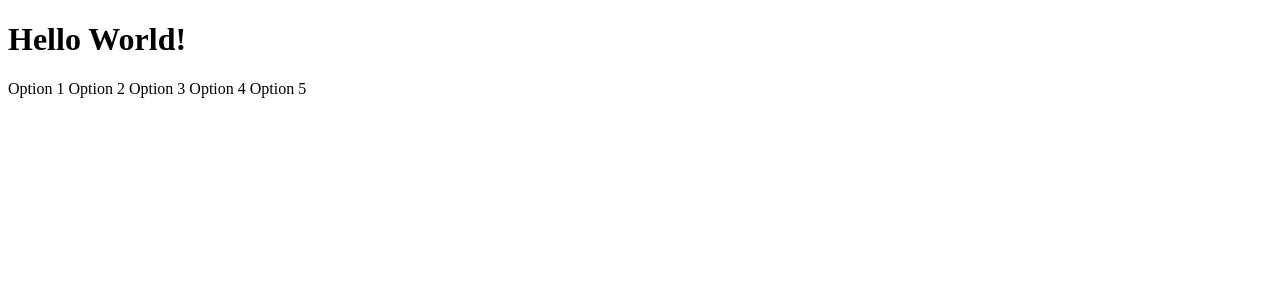
Repository: TimKral5/WikiPage
Page: pages/home.htm
The author's editor kept a copy of each file at every save. The page is drawn from the files as they stood at one save, then again after a run of saves.
The browser window is 1280 px wide. The pictures show the whole page.

Above is the page before, as saved 2022-11-10 19:31:55.

### pages/home.htm
<!DOCTYPE html>
<html lang="en">

<head>
    <meta charset="UTF-8">
    <meta http-equiv="X-UA-Compatible" content="IE=edge">
    <meta name="viewport" content="width=device-width, initial-scale=1.0">
    <title>Test</title>
    <script type="module" src="https://1.www.s81c.com/common/carbon/web-components/tag/v1/latest/tabs.min.js"></script>
</head>

<body>
    <h1>Hello World!</h1>

    <bx-tabs trigger-content="Select an item" value="staging">
        <bx-tab id="tab-all" target="panel-all" value="all">Option 1</bx-tab>
        <bx-tab id="tab-cloudFoundry" target="panel-cloudFoundry" disabled value="cloudFoundry">Option 2</bx-tab>
        <bx-tab id="tab-staging" target="panel-staging" value="staging">Option 3</bx-tab>
        <bx-tab id="tab-dea" target="panel-dea" value="dea">Option 4</bx-tab>
        <bx-tab id="tab-router" target="panel-router" value="router">Option 5</bx-tab>
    </bx-tabs>
    <div class="bx-ce-demo-devenv--tab-panels">
        <div id="panel-all" role="tabpanel" aria-labelledby="tab-all" hidden>
            <h4>Content for option 1</h4>
            <p>
                Lorem ipsum dolor sit amet, consectetur adipiscing elit, sed do eiusmod tempor incididunt ut labore et
                dolore magna aliqua.
                Ut enim ad minim veniam, quis nostrud exercitation ullamco laboris nisi ut aliquip ex ea commodo
                consequat.
            </p>
        </div>
        <div id="panel-cloudFoundry" role="tabpanel" aria-labelledby="tab-cloudFoundry" hidden>
            <h4>Content for option 2</h4>
            <p>
                Lorem ipsum dolor sit amet, consectetur adipiscing elit, sed do eiusmod tempor incididunt ut labore et
                dolore magna aliqua.
                Ut enim ad minim veniam, quis nostrud exercitation ullamco laboris nisi ut aliquip ex ea commodo
                consequat.
            </p>
        </div>
        <div id="panel-staging" role="tabpanel" aria-labelledby="tab-staging" hidden>
            <h4>Content for option 3</h4>
            <p>
                Lorem ipsum dolor sit amet, consectetur adipiscing elit, sed do eiusmod tempor incididunt ut labore et
                dolore magna aliqua.
                Ut enim ad minim veniam, quis nostrud exercitation ullamco laboris nisi ut aliquip ex ea commodo
                consequat.
            </p>
        </div>
        <div id="panel-dea" role="tabpanel" aria-labelledby="tab-dea" hidden>
            <h4>Content for option 4</h4>
            <p>
                Lorem ipsum dolor sit amet, consectetur adipiscing elit, sed do eiusmod tempor incididunt ut labore et
                dolore magna aliqua.
                Ut enim ad minim veniam, quis nostrud exercitation ullamco laboris nisi ut aliquip ex ea commodo
                consequat.
            </p>
        </div>
        <div id="panel-router" role="tabpanel" aria-labelledby="tab-router" hidden>
            <h4>Content for option 5</h4>
            <p>
                Lorem ipsum dolor sit amet, consectetur adipiscing elit, sed do eiusmod tempor incididunt ut labore et
                dolore magna aliqua.
                Ut enim ad minim veniam, quis nostrud exercitation ullamco laboris nisi ut aliquip ex ea commodo
                consequat.
            </p>
        </div>
    </div>
</body>

</html>

After the next 2 saves:
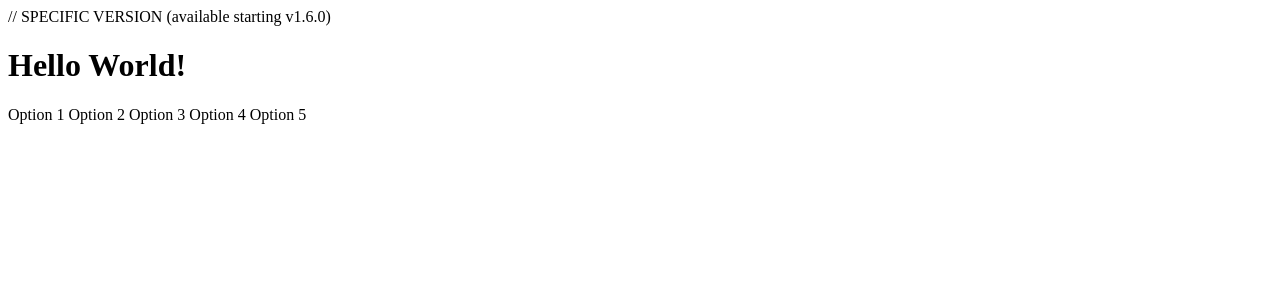
The 2 saves are shown as one change because they came seconds apart.
The last was saved 12 s later.
--- a/pages/home.htm
+++ b/pages/home.htm
@@ -6,7 +6,10 @@
     <meta http-equiv="X-UA-Compatible" content="IE=edge">
     <meta name="viewport" content="width=device-width, initial-scale=1.0">
     <title>Test</title>
-    <script type="module" src="https://1.www.s81c.com/common/carbon/web-components/tag/v1/latest/tabs.min.js"></script>
+
+    // SPECIFIC VERSION (available starting v1.6.0)
+    <script type="module"
+        src="https://1.www.s81c.com/common/carbon/web-components/version/v1.21.0/tabs.min.js"></script>
 </head>
 
 <body>

After the 3 saves that followed:
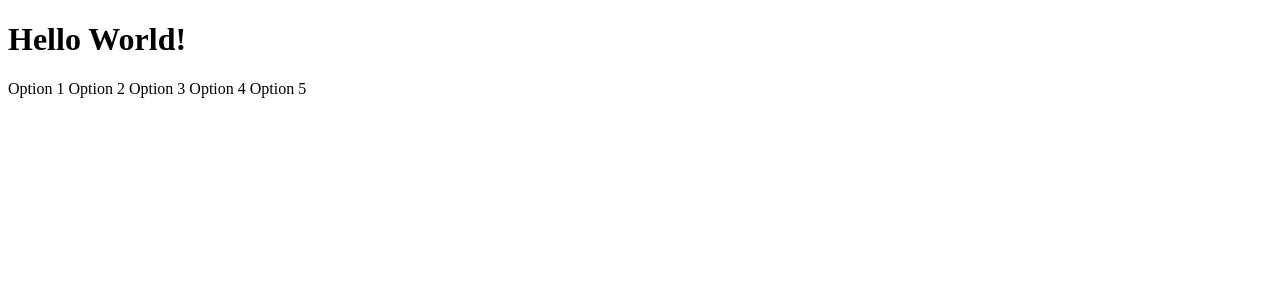
The 3 saves are shown as one change because they came seconds apart.
The last was saved 13 s later.
--- a/pages/home.htm
+++ b/pages/home.htm
@@ -7,7 +7,6 @@
     <meta name="viewport" content="width=device-width, initial-scale=1.0">
     <title>Test</title>
 
-    // SPECIFIC VERSION (available starting v1.6.0)
     <script type="module"
         src="https://1.www.s81c.com/common/carbon/web-components/version/v1.21.0/tabs.min.js"></script>
 </head>
